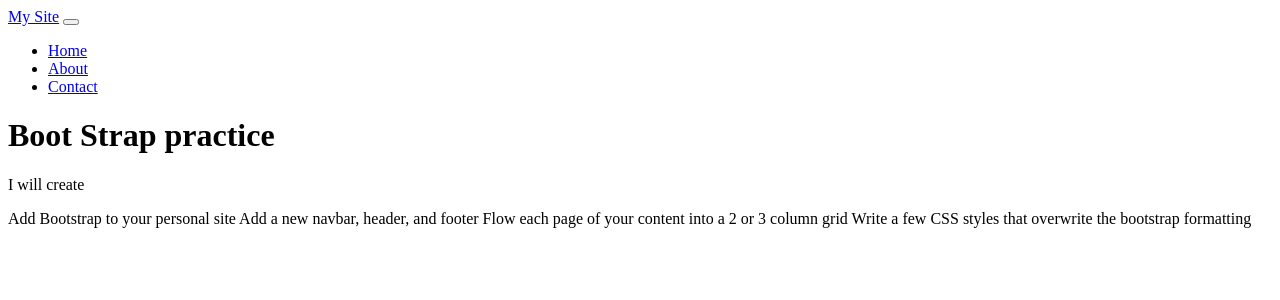
Repository: ayannasampson/bootstrappractice
Page: bs.html
An editor plug-in stored every save of this project. The page is shown before and after the next save, followed by the edit.
The browser window is 1280 px wide. The pictures show the whole page.

Above is the page before, as saved 2023-03-20 21:58:21.
Console error: TypeError: Cannot read properties of undefined (reading 'fn')

After the next save:
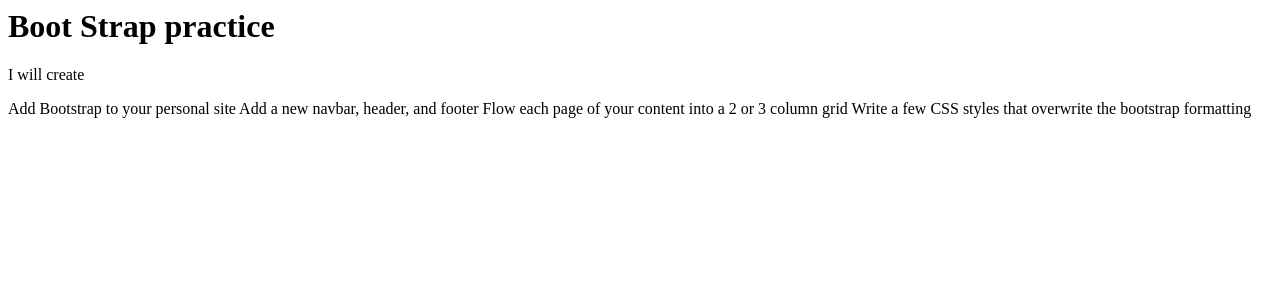
Saved 82 min 22 s later.
--- a/bs.html
+++ b/bs.html
@@ -1,24 +1,5 @@
 <html>
     <body>
-        <nav class="navbar navbar-expand-md navbar-dark bg-dark">
-  <a class="navbar-brand" href="#">My Site</a>
-  <button class="navbar-toggler" type="button" data-toggle="collapse" data-target="#navbarNav" aria-controls="navbarNav" aria-expanded="false" aria-label="Toggle navigation">
-    <span class="navbar-toggler-icon"></span>
-  </button>
-  <div class="collapse navbar-collapse" id="navbarNav">
-    <ul class="navbar-nav">
-      <li class="nav-item active">
-        <a class="nav-link" href="#">Home</a>
-      </li>
-      <li class="nav-item">
-        <a class="nav-link" href="#">About</a>
-      </li>
-      <li class="nav-item">
-        <a class="nav-link" href="#">Contact</a>
-      </li>
-    </ul>
-  </div>
-</nav>
 
         <h1>Boot Strap practice</h1>
         <p>I will create </p>
